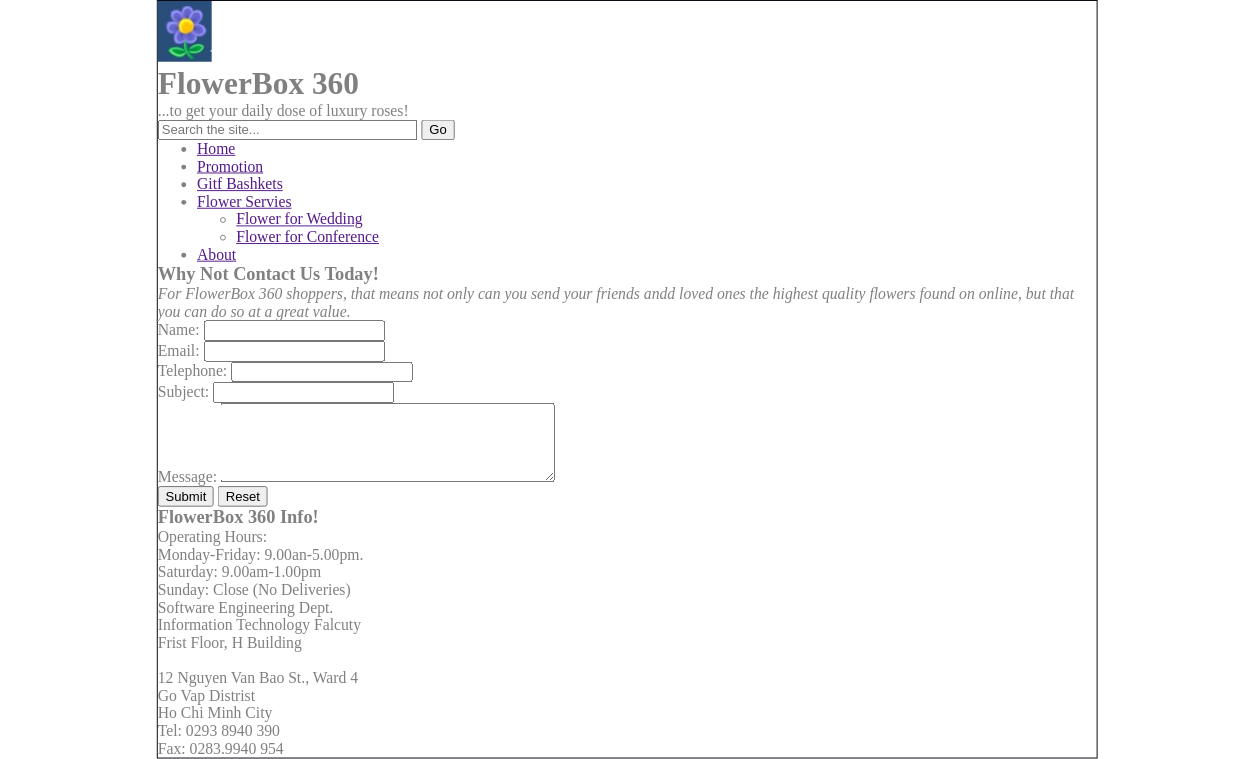
Repository: duongtheng/bai-tap-tuan-6
Page: html/index.html
The author's editor kept a copy of each file at every save. The page is drawn from the files as they stood at one save, then again after the next save.
The browser window is 1280 px wide. The pictures show the whole page, at 98% of full size.

Above is the page before, as saved 2022-03-23 13:46:50.

### html/index.html
<!DOCTYPE html>
<html lang="en">
<head>
    <meta charset="UTF-8">
    <meta http-equiv="X-UA-Compatible" content="IE=edge">
    <meta name="viewport" content="width=device-width, initial-scale=1.0">
    <title>Tuan 06</title>
    <link rel="stylesheet" href="../css/style.css">
</head>
<body>
    <header>
        <img src="../img/logo.jpg" alt="">
        <h1>FlowerBox 360</h1>
        <p>...to get your daily dose of luxury roses!</p>
        <form action="">
            <input type="search" id="txtSearch" placeholder="Search the site..." size="30">
            <button>Go</button>
        </form>
        <ul class="menu-parent">
            <li><a href="">Home</a></li>
            <li><a href="">Promotion</a></li>
            <li><a href="">Gitf Bashkets</a></li>
            <li><a href="">Flower Servies</a>
                <ul class="menu-child">
                    <li><a href="">Flower for Wedding</a></li>
                    <li><a href="">Flower for Conference</a></li>
                </ul>
            </li>
            <li><a href="">About</a></li>
        </ul>
    </header>
    <section>
        <h3>Why Not Contact Us Today!</h3>
        <form action="">
            <p><i>For FlowerBox 360 shoppers, that means not only can you send your friends andd loved ones
                the highest quality flowers found on online, but that you can do so at a great value.
            </i></p>
            <div class="form-row">
                <div class="form-col">
                    <label for="txtName">Name: </label>
                    <input type="text" id="txtName">
                </div>
                <div class="form-col">
                    <label for="txtEmail">Email: </label>
                    <input type="email" id="txtEmail">
                </div>
            </div>
            <div class="form-row">
                <div class="form-col">
                    <label for="txtName">Telephone: </label>
                    <input type="text" id="txtName">
                </div>
                <div class="form-col">
                    <label for="txtEmail">Subject: </label>
                    <input type="email" id="txtEmail">
                </div>
            </div>
            <div class="form-row">
                <label for="txtMessage">Message: </label>
                <textarea id="txtMessage" cols="40" rows="5"></textarea>
            </div>
            <div class="form-row">
                <button type="submit">Submit </button>
                <button type="reset">Reset </button>
            </div>
        </form>

    <div id="section-right">
        <h3>FlowerBox 360 Info!</h3>
        <p>
            Operating Hours: <br> Monday-Friday: 9.00an-5.00pm. <br> Saturday: 9.00am-1.00pm <br> Sunday: Close (No Deliveries) <br>
        </p>
        <p>
            Software Engineering Dept. <br> Information Technology Falcuty <br> Frist Floor, H Building <br><br>
        </p>
        <p>
            12 Nguyen Van Bao St., Ward 4 <br> Go Vap Distrist <br> Ho Chi Minh City <br> Tel: 0293 8940 390 <br> Fax: 0283.9940 954
        </p>
    </div>
    </section>
</body>
</html>

### css/style.css
*{
    margin: 0 auto;
    box-sizing: border-box;
}

body{
    width: 960px;
    border: 1px solid rgb(6, 6, 14);
    color: gray;
}

After the next save:
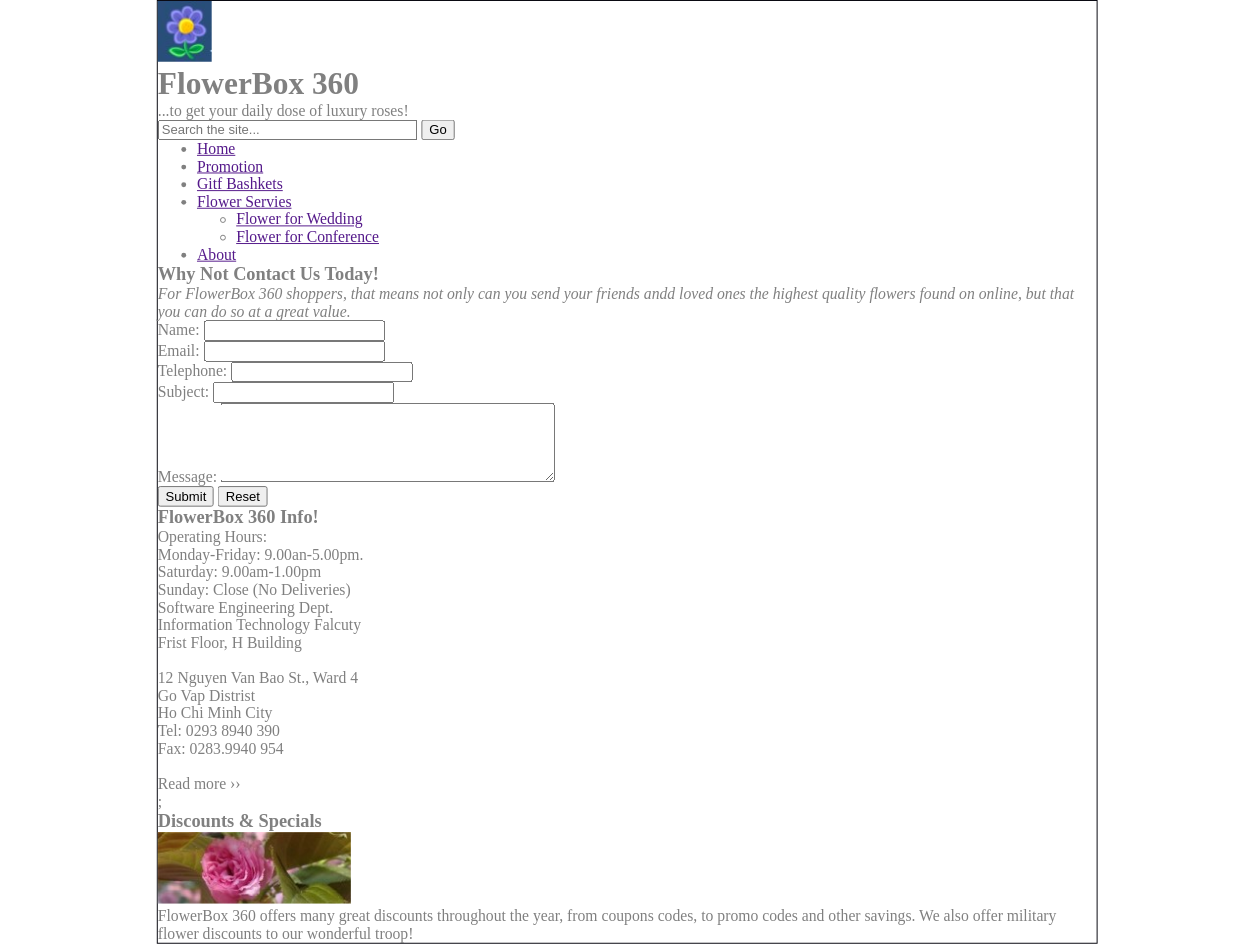
Saved 3 min 50 s later.
--- a/html/index.html
+++ b/html/index.html
@@ -76,7 +76,17 @@
         <p>
             12 Nguyen Van Bao St., Ward 4 <br> Go Vap Distrist <br> Ho Chi Minh City <br> Tel: 0293 8940 390 <br> Fax: 0283.9940 954
         </p>
+        <br>
+        <p>Read more &#155;&#155;</p>;
     </div>
     </section>
+    <aside>
+        <h3>Discounts & Specials</h3>
+        <img src="../img/flower.jpg" alt="">
+        <p>
+            FlowerBox 360 offers many great discounts throughout the year, from coupons codes, to promo codes and other savings.
+            We also offer military flower discounts to our wonderful troop!
+        </p>
+    </aside>
 </body>
 </html>
